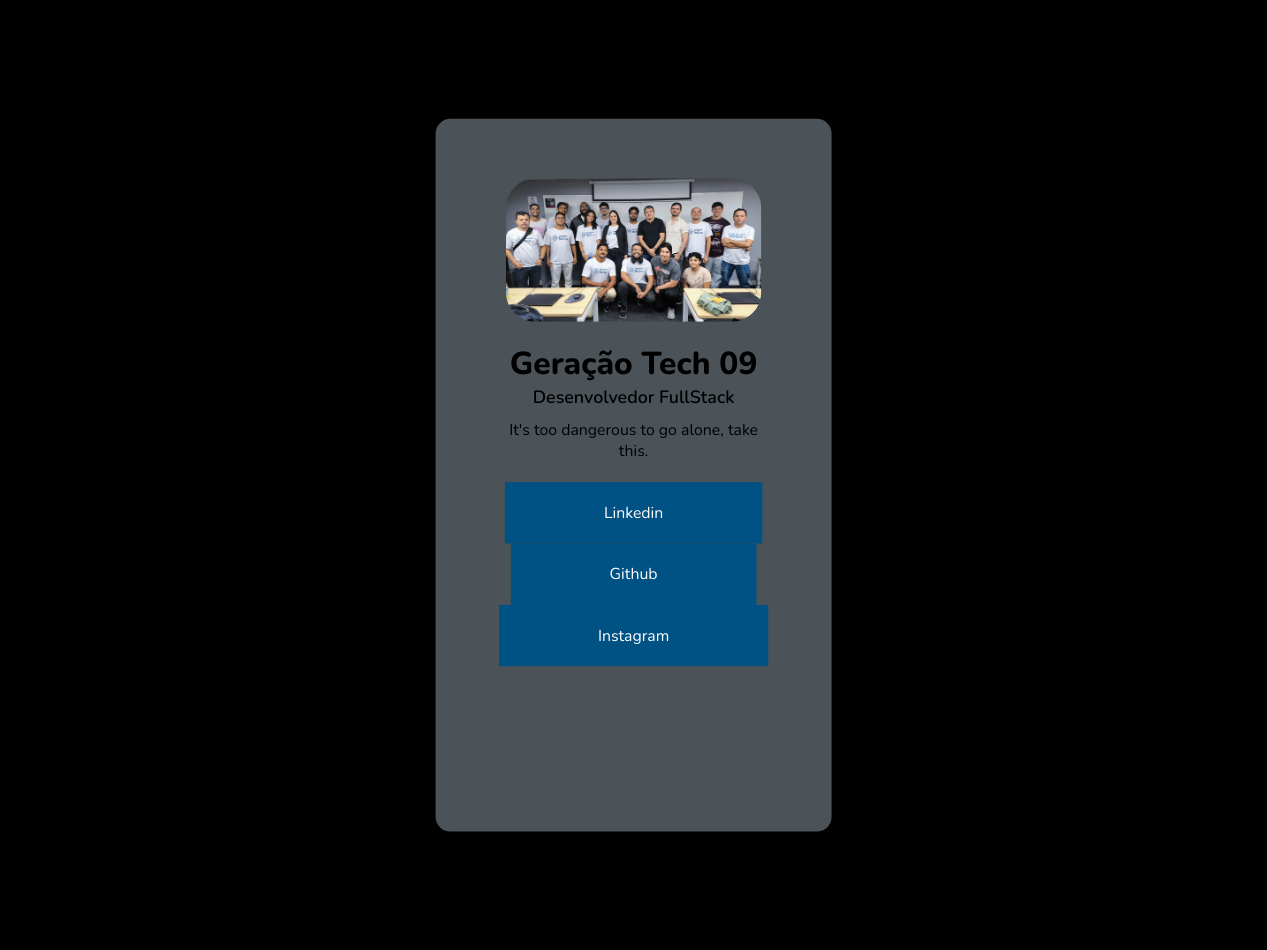
Repository: geracao-09/linktree-gt9
Page: index.html
The author's editor kept a copy of each file at every save. The page is drawn from the files as they stood at one save, then again after the next save.
The browser window is 1280 px wide. The pictures show the whole page, at 99% of full size.

Above is the page before, as saved 2025-04-11 09:09:37.

### index.html
<!DOCTYPE html>
<html lang="pt-br">
  <head>
    <meta charset="UTF-8" />
    <meta name="viewport" content="width=device-width, initial-scale=1.0" />
    <title>Linktree do GT09</title>
    <link rel="stylesheet" href="style.css" />
    <link rel="preconnect" href="https://fonts.googleapis.com" />
    <link rel="preconnect" href="https://fonts.gstatic.com" crossorigin />
    <link href="https://fonts.googleapis.com/css2?family=Nunito:ital,wght@0,200..1000;1,200..1000&display=swap" rel="stylesheet" />
  </head>
  <body>
    <div class="container-main">
      <div class="container-image">
        <img src="./assets/image-profile.jpg" alt="Foto dos top 25 geracao tech" />
      </div>
      <div class="container-infos">
        <h1>Geração Tech 09</h1>
        <h2>Desenvolvedor FullStack</h2>
      </div>
      <div class="container-easter-egg">
        <p>It's too dangerous to go alone, take this.</p>
      </div>
      <div class="container-social">
        <ul>
          <li>
            <a href="https://www.linkedin.com/in/cesar-hideki-nagano-326b75115/" target="_blank"> Linkedin </a>
          </li>
          <li>
            <a href="https://github.com/geracao-09" target="_blank"> Github </a>
          </li>
          <li>
            <a href="https://www.instagram.com/hidekina/" target="_blank"> Instagram </a>
          </li>
        </ul>
      </div>
    </div>
  </body>
</html>

### style.css
* {
  font-family: "Nunito", sans-serif;
  margin: 0;
  padding: 0;
  box-sizing: border-box;
}

body {
  background-color: #000000;
}

.container-main {
  background-color: #4b5358;
  width: 400px;
  height: 720px;
  box-sizing: border-box;
  margin: 120px auto;
  padding: 60px;
  border-radius: 15px;
  text-align: center;
}

.container-image img {
  width: 258px;
  border-radius: 30px;
}

.container-infos {
  margin-top: 15px;
  margin-bottom: 10px;
}

.container-infos h1 {
    font-weight: 800;
}

.container-infos h2 {
    font-weight: 600;
    font-size: 18px;
}
.container-social ul {
  list-style-type: none;
}

.container-social a {
  text-decoration: none;
  color: white;
}

.container-social {
  margin-top: 40px;
}

.container-social li {
  margin: 40px 0;
}
.container-social a {
  background-color: #005184;
  padding: 20px 100px;
}

After the next save:
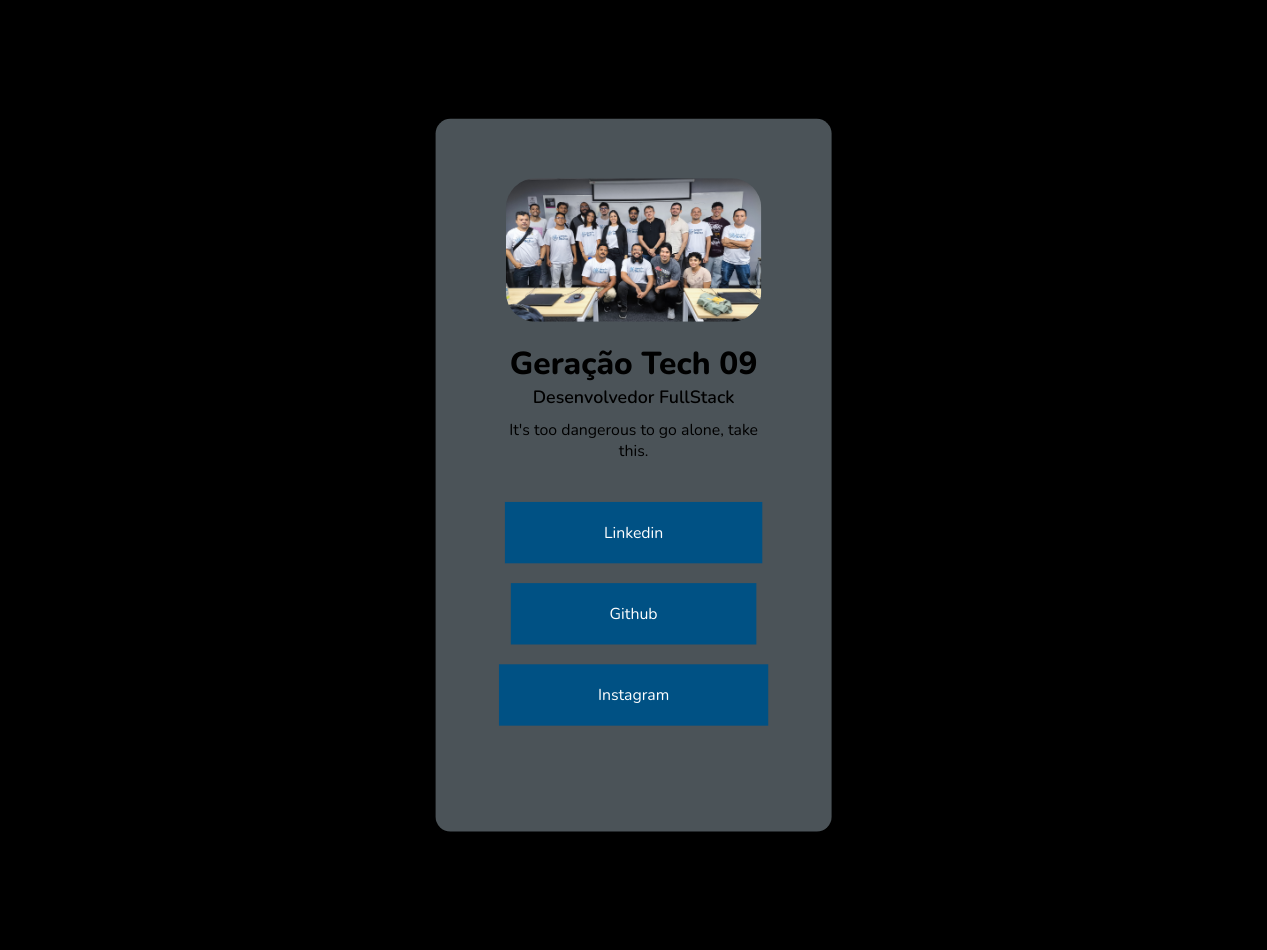
Saved 4 s later.
--- a/style.css
+++ b/style.css
@@ -52,7 +52,7 @@
 }
 
 .container-social li {
-  margin: 40px 0;
+  margin: 60px 0;
 }
 .container-social a {
   background-color: #005184;
